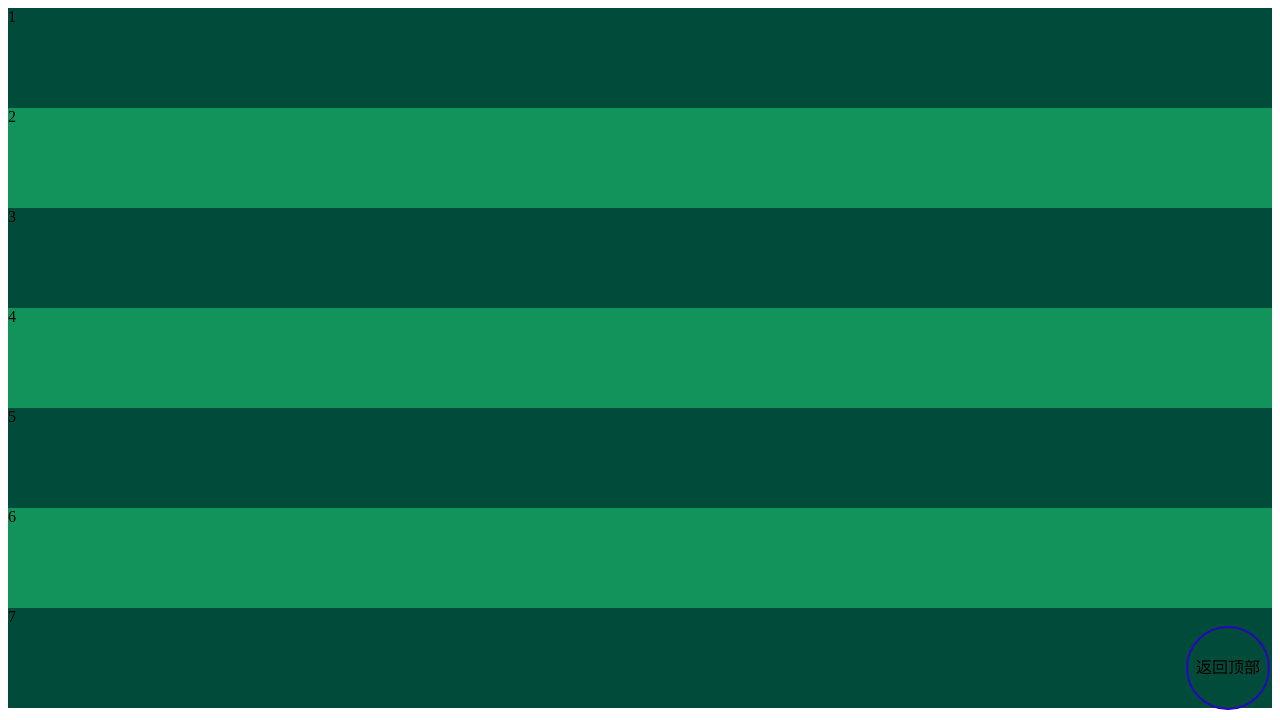
Repository: fox-summer/css-
Page: 百度新闻返回顶部.html
These files come from the project's save history. The page is drawn as it stood at one moment and after the next save; the edit follows.
The browser window is 1280 px wide. The pictures show the whole page.

Above is the page before, as saved 2022-05-28 18:28:36.

After the next save:
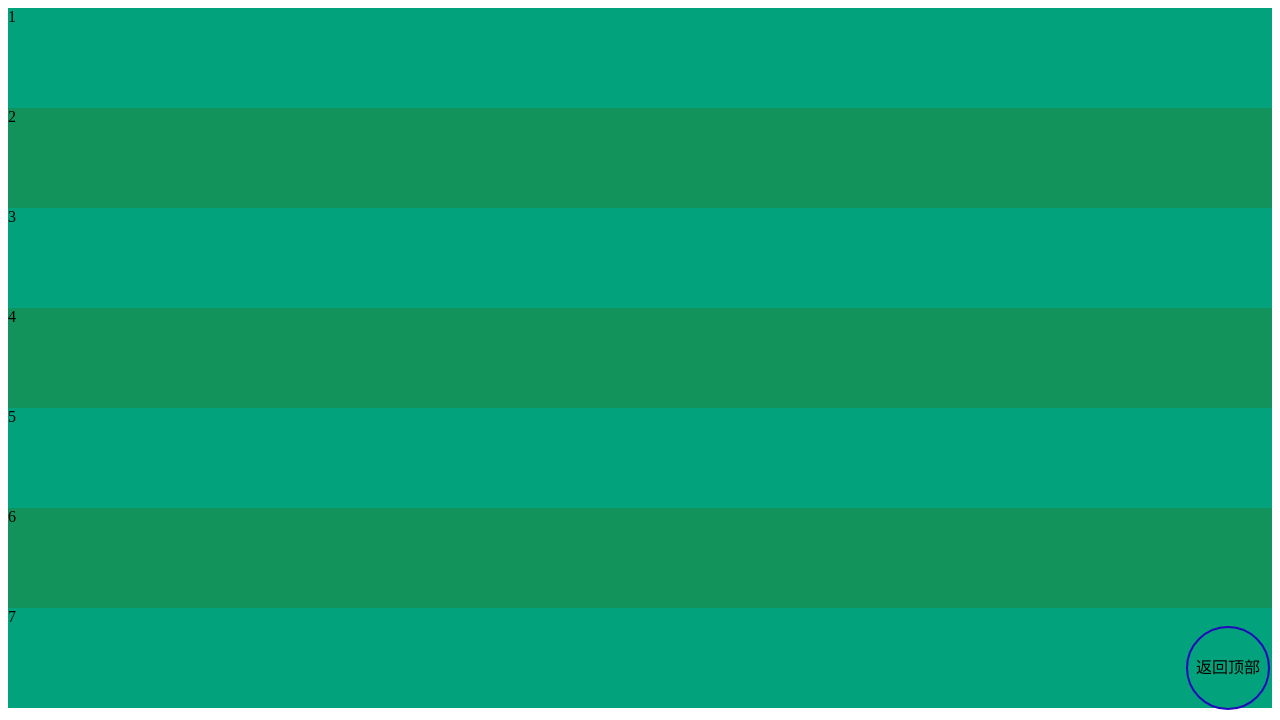
Saved 12 s later.
--- a/百度新闻返回顶部.html
+++ b/百度新闻返回顶部.html
@@ -23,7 +23,7 @@
       }
       .text:nth-child(even) {
         height: 100px;
-        background-color: rgb(1, 75, 58);
+        background-color: rgb(1, 162, 124);
       }
     </style>
   </head>
